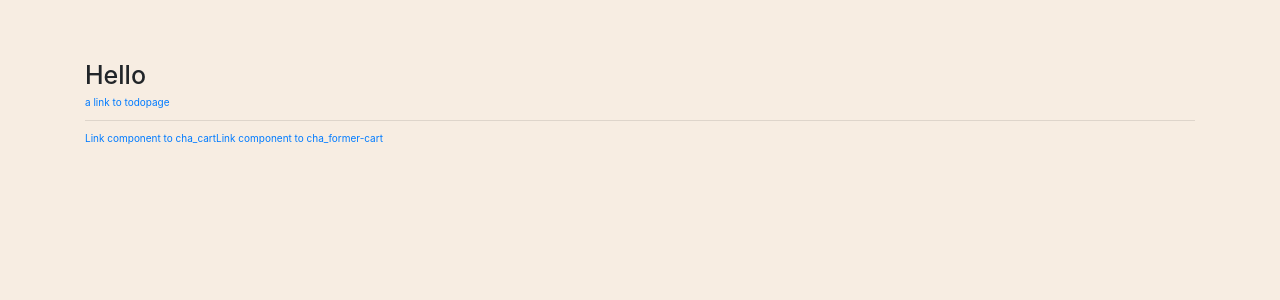
Repository: as2million/group_c
Page: /
These files come from the project's save history. The page is drawn as it stood at one moment and after a run of saves; the edit follows.
The browser window is 1280 px wide. The pictures show the whole page.
The project was rebuilt for these pictures with package versions that can differ from the ones it lists, and the page was loaded fresh each time. Also part of the build but not shown: src/Cha/pages-demo/About.js, src/Cha/pages-demo/Product.js, src/Cha/pages-demo/Success.js, src/Cha/Components/Cha-Cart-ProgressBar/ChaCartProgressBar.scss, src/Cha/Components/Cha-Cart-ProgressBar/ChaCartProgressBar.js, src/Cha/Components/Cha-Cart-Submit-Card/ChaCartSubmitCard.scss, src/Cha/Components/Cha-Cart-Submit-Card/ChaCartSubmitCard.js, src/Cha/Components/Cha-Counter/Counter.scss and 11 more.

Above is the page before, as saved 2020-10-27 09:17:29.

After the next 3 saves:
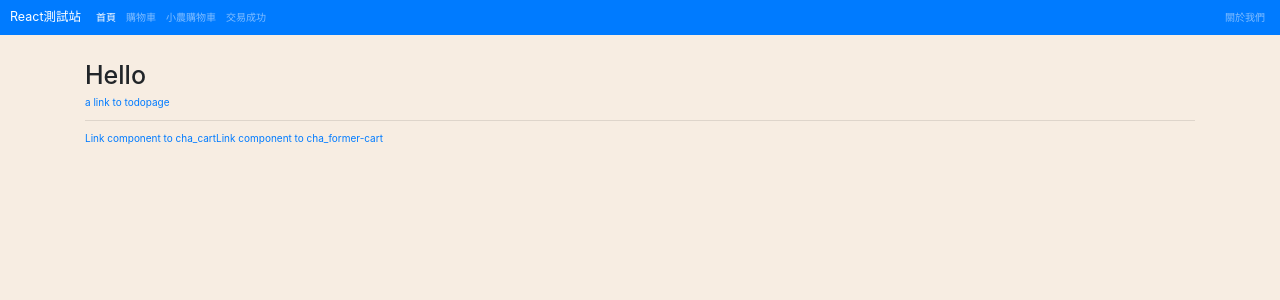
The 3 saves are shown as one change because 1 did not build or start and some came seconds apart.
The last was saved 34 s later.
--- a/src/Cha/pages-demo/Home.js
+++ b/src/Cha/pages-demo/Home.js
@@ -1,9 +1,12 @@
 import React, { useState, useEffect } from 'react'
 import { Link, Switch } from 'react-router-dom'
+
+import MyNavbar from 'Cha/Components-demo/MyNavbar'
 
 function Home(props) {
   return (
     <>
+    <MyNavbar />
       <br />
       <br />
       <br />
